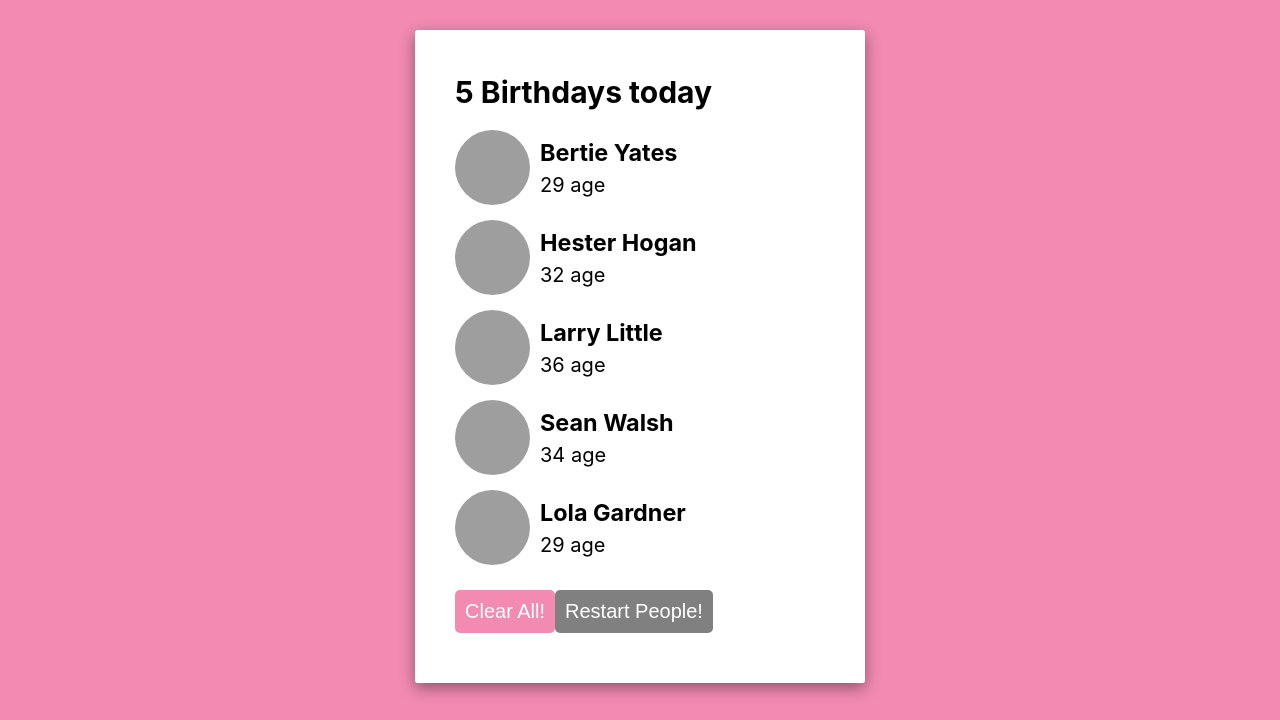
Repository: thaiduy1704/ReactTypeScript-Basic
Page: / (app in 01-birthday-reminder/)
An editor plug-in stored every save of this project. The page is shown before and after the next save, followed by the edit.
The browser window is 1280 px wide. The pictures show the whole page.
Pictures or frames that could not be fetched are drawn as grey boxes. The project was rebuilt for these pictures with package versions that can differ from the ones it lists, and the page was loaded fresh each time.

Above is the page before, as saved 2022-08-05 16:33:56.

After the next save:
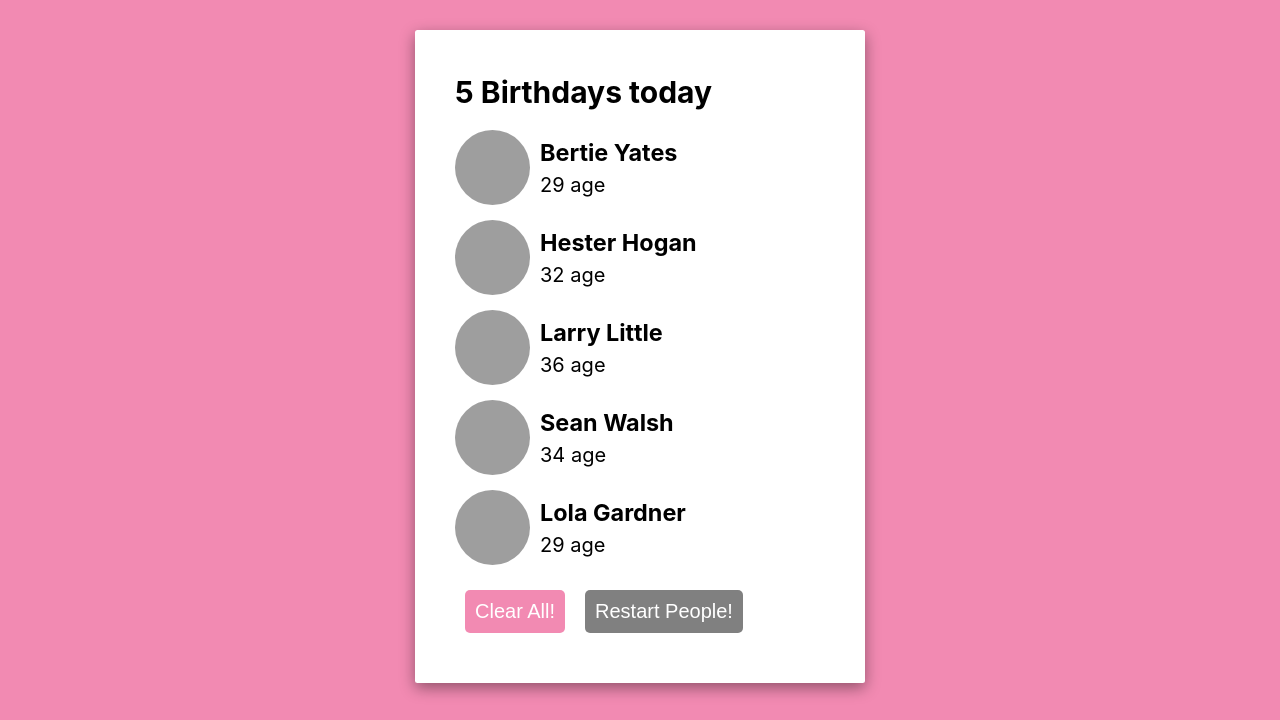
Saved 11 s later.
--- a/01-birthday-reminder/src/components/Card.tsx
+++ b/01-birthday-reminder/src/components/Card.tsx
@@ -55,7 +55,7 @@ const Wrapper = styled.section`
     font-size: 2rem;
     color: white;
     cursor: pointer;
-    margin: 1rem 0;
+    margin: 1rem 1rem;
     transition: var(--transition);
   }
   button:hover {
